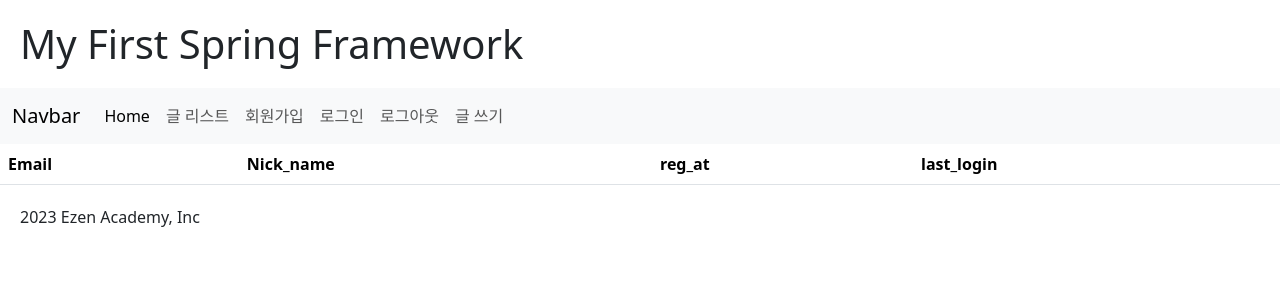
Repository: jinho0717/spring
Page: http://localhost/springProject/WEB-INF/views/member/list.jsp
An editor plug-in stored every save of this project. The page is shown before and after the next save, followed by the edit.
The browser window is 1280 px wide. The pictures show the whole page.
The page is served by Tomcat 9. Nobody is signed in. Other server files are loaded and not shown. The template is opened directly, without the code that normally fills it, so the values that code supplies are empty.

Above is the page before, as saved 2023-10-31 07:00:43.

### springProject/src/main/webapp/WEB-INF/views/member/list.jsp
<%@ page language="java" contentType="text/html; charset=UTF-8"
    pageEncoding="UTF-8"%>
    <%@ taglib uri="http://java.sun.com/jsp/jstl/core" prefix="c" %>
<!DOCTYPE html>
<html>
<head>
<meta charset="UTF-8">
<title>Insert title here</title>
</head>
<body>
<jsp:include page="../common/header.jsp"></jsp:include>
<jsp:include page="../common/nav.jsp"></jsp:include>
<table class="table table-hover">
	<tr>
		<th>Email</th>
		<th>Nick_name</th>
		<th>reg_at</th>
		<th>last_login</th>
	</tr>



	<c:forEach items="${memList }" var="mvo">
	<tr>
		<th>${mvo.email }</th>
		<th>${mvo.nickName }</th>
		<th>${mvo.regAt }</th>
		<th>${mvo.lastLogin }</th>
	</tr>
	</c:forEach>
</table>
<jsp:include page="../common/footer.jsp"></jsp:include>
</body>
</html>

### springProject/src/main/webapp/WEB-INF/views/common/header.jsp
<%@ page language="java" contentType="text/html; charset=UTF-8"
    pageEncoding="UTF-8"%>
     <%@ taglib uri="http://java.sun.com/jsp/jstl/core" prefix="c" %>
<!DOCTYPE html>
<html>
<head>
<meta charset="UTF-8">
<title>Insert title here</title>
<link href="https://cdn.jsdelivr.net/npm/bootstrap@5.3.1/dist/css/bootstrap.min.css" rel="stylesheet" integrity="sha384-4bw+/aepP/YC94hEpVNVgiZdgIC5+VKNBQNGCHeKRQN+PtmoHDEXuppvnDJzQIu9" crossorigin="anonymous">
<script src="https://cdn.jsdelivr.net/npm/bootstrap@5.3.1/dist/js/bootstrap.bundle.min.js" integrity="sha384-HwwvtgBNo3bZJJLYd8oVXjrBZt8cqVSpeBNS5n7C8IVInixGAoxmnlMuBnhbgrkm" crossorigin="anonymous"></script>
<style type="text/css">
h1 , p , h3, form{
margin: 20px
}
</style>
</head>
<body>
<h1>My First Spring Framework</h1>

</body>
</html>

### springProject/src/main/webapp/WEB-INF/views/common/nav.jsp
<%@ page language="java" contentType="text/html; charset=UTF-8"
    pageEncoding="UTF-8"%>
     <%@ taglib uri="http://java.sun.com/jsp/jstl/core" prefix="c" %>
<!DOCTYPE html>
<html>
<head>
<meta charset="UTF-8">
<title>Insert title here</title>

</head>
<body>
<header>
	<nav class="navbar navbar-expand-lg bg-body-tertiary">
  <div class="container-fluid">
    <a class="navbar-brand" href="#">Navbar</a>
    <button class="navbar-toggler" type="button" data-bs-toggle="collapse" data-bs-target="#navbarSupportedContent" aria-controls="navbarSupportedContent" aria-expanded="false" aria-label="Toggle navigation">
      <span class="navbar-toggler-icon"></span>
    </button>
    <div class="collapse navbar-collapse" id="navbarSupportedContent">
      <ul class="navbar-nav me-auto mb-2 mb-lg-0">
        <li class="nav-item">
          <a class="nav-link active" aria-current="page" href="/">Home</a>
        </li>
        <li class="nav-item">
          <a class="nav-link" href="/board/list">글 리스트</a>
        </li>
        <li class="nav-item">
          <a class="nav-link" href="/member/register">회원가입</a>
        </li>
        <li class="nav-item">
          <a class="nav-link" href="/member/login">로그인</a>
        </li>
        <li class="nav-item">
          <a class="nav-link" href="/member/logout">로그아웃</a>
        </li>
        <li class="nav-item">
          <a class="nav-link" href="/board/register">글 쓰기</a>
        </li>
      </ul>
    </div>
  </div>
</nav>
</header>
</body>
</html>

### springProject/src/main/webapp/WEB-INF/views/common/footer.jsp
<%@ page language="java" contentType="text/html; charset=UTF-8"
    pageEncoding="UTF-8"%>
    <%@ taglib uri="http://java.sun.com/jsp/jstl/core" prefix="c" %>
<!DOCTYPE html>
<html>
<head>
<meta charset="UTF-8">
<title>Insert title here</title>

</head>
<body>
<div>
	<p>2023 Ezen Academy, Inc</p>
</div>
</body>
</html>

After the next save:
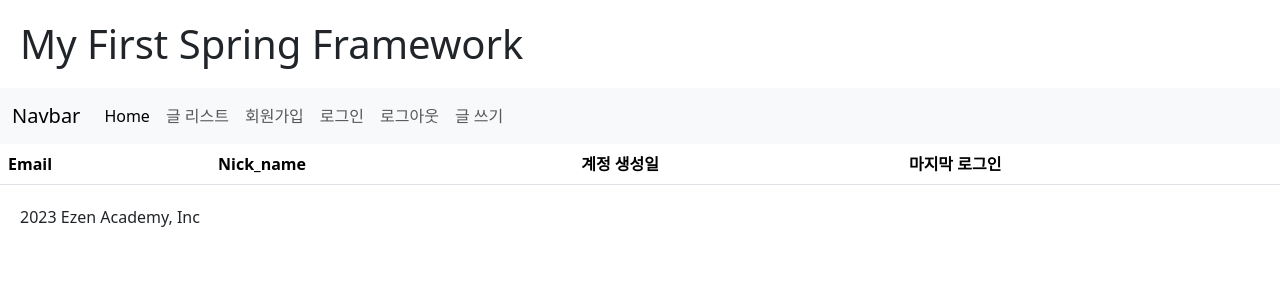
Saved 56 s later.
--- a/springProject/src/main/webapp/WEB-INF/views/member/list.jsp
+++ b/springProject/src/main/webapp/WEB-INF/views/member/list.jsp
@@ -14,8 +14,8 @@
 	<tr>
 		<th>Email</th>
 		<th>Nick_name</th>
-		<th>reg_at</th>
-		<th>last_login</th>
+		<th>계정 생성일</th>
+		<th>마지막 로그인</th>
 	</tr>
 
 

After the save that followed:
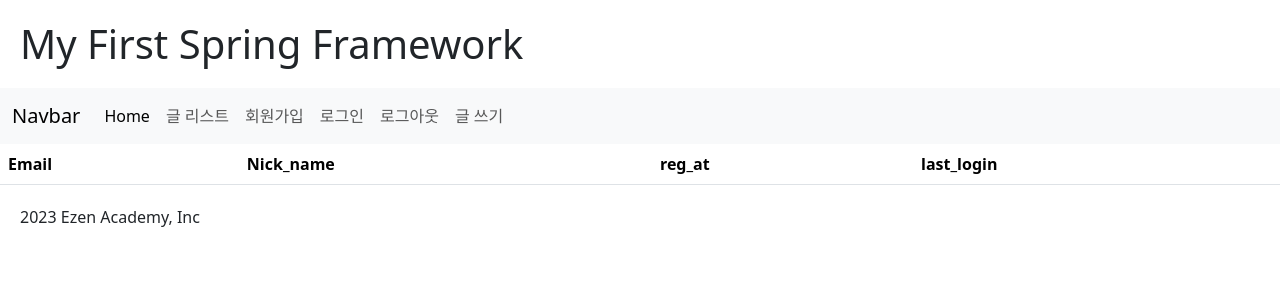
Saved 21 s later.
--- a/springProject/src/main/webapp/WEB-INF/views/member/list.jsp
+++ b/springProject/src/main/webapp/WEB-INF/views/member/list.jsp
@@ -14,8 +14,8 @@
 	<tr>
 		<th>Email</th>
 		<th>Nick_name</th>
-		<th>계정 생성일</th>
-		<th>마지막 로그인</th>
+		<th>reg_at</th>
+		<th>last_login</th>
 	</tr>
 
 
